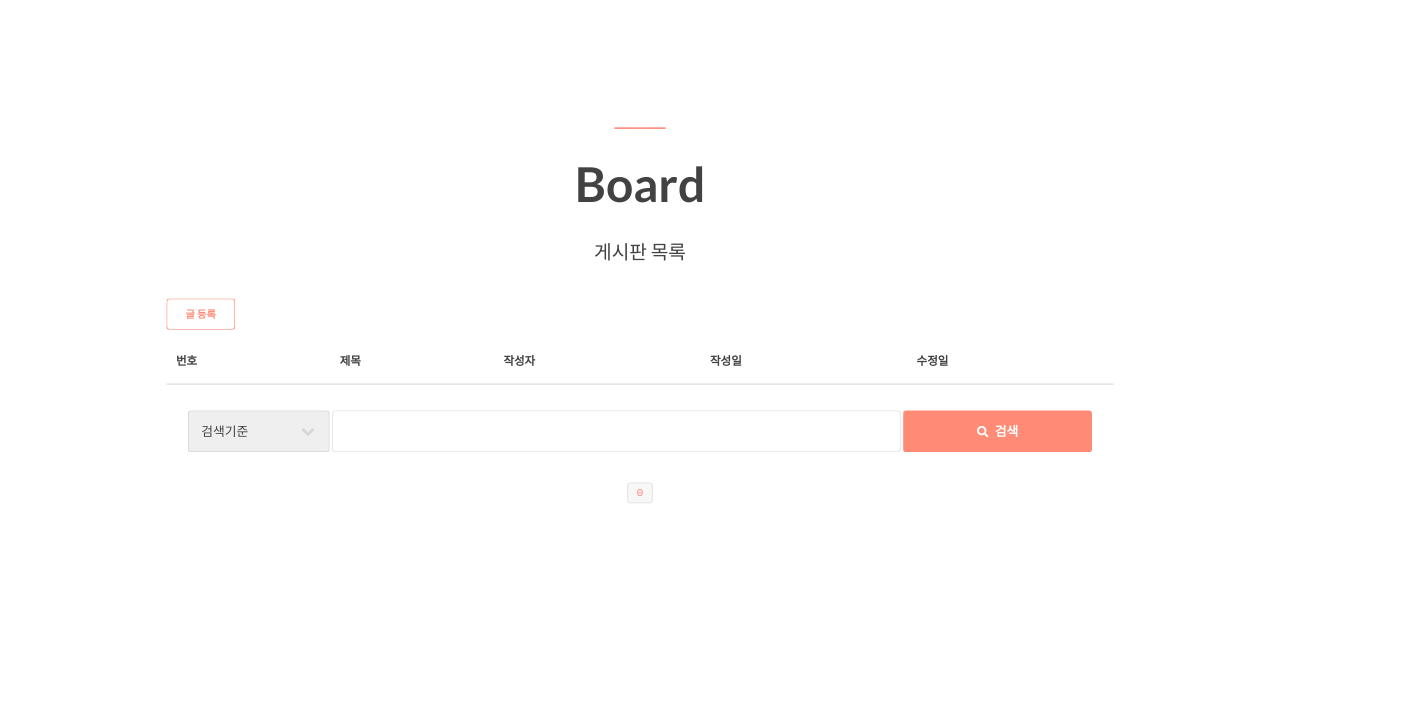
Repository: dlfud/SpringFramework
Page: http://localhost/board/WEB-INF/views/board/list.jsp
These files come from the project's save history. The page is drawn as it stood at one moment and after the next save; the edit follows.
The browser window is 1280 px wide. The page is 1408 px wide, so the pictures cover 1408 px, including what lies to the right of the window. The pictures show the whole page.
The page is served by Tomcat 9. Nobody is signed in. Other server files are loaded and not shown. The template is opened directly, without the code that normally fills it, so the values that code supplies are empty.

Above is the page before, as saved 2022-08-26 11:46:58.

### board/src/main/webapp/WEB-INF/views/board/list.jsp
<%@ page language="java" contentType="text/html; charset=UTF-8"
    pageEncoding="UTF-8"%>
<%@ taglib uri="http://java.sun.com/jsp/jstl/core" prefix="c" %>
<!DOCTYPE html>
<html>
	<head>
		<title>Board</title>
		<meta charset="utf-8" />
		<meta name="viewport" content="width=device-width, initial-scale=1, user-scalable=no" />
		<link rel="stylesheet" href="/resources/assets/css/main.css" />
		<style>
			body {transform: scale(0.8);}

			.small-width{display: none;}
			.big-width{display:block;}
			.table-wrapper {overflow-x: hidden;}
			select{
				width:15%;
				display:inline;
			}

			input[name='keyword']{
				display:inline;
				width:60%;
			}

			.search{
				width:20%;
			}

			@media(max-width: 918px){
				body {transform: scale(1); overflow-x: hidden;}
				.writer {display: none;}
				.regDate {display: none;}
				.updateDate {display: none;}
				.big-width{display:none;}
				.small-width{display:block;}
			}
		</style>
	</head>
	<body class="is-preload">
		<!-- Main -->
		<div id="main">
			<div class="wrapper">
				<div class="inner">

					<!-- Elements -->
					<header class="major">
						<h1>Board</h1>
						<p>게시판 목록</p>
					</header>
					<!-- Table -->
					<h3><a href="/board/register" class="button small">글 등록</a></h3>
					<div class="table-wrapper">
						<table>
							<thead>
								<tr class="tHead">
									<th class="bno">번호</th>
									<th class="title">제목</th>
									<th class="writer">작성자</th>
									<th class="regDate">작성일</th>
									<th class="updateDate">수정일</th>
								</tr>
							</thead>
							<tbody>
								<c:forEach var="board" items="${boardList}">
									<tr class="tbody">
										<td class="bno">${board.bno}</td>
										<!-- get방식 쿼리 스트링으로 써줌 -->
										<td class="title"><a href="/board/read${pageDTO.criteria.params}&bno=${board.bno}">${board.title}</a></td>
										<td class="writer">${board.writer}</td>
										<td class="regDate">${board.regDate}</td>
										<td class="updateDate">${board.updateDate}</td>
									</tr>
								</c:forEach>
							</tbody>
						</table>

						<form action="/board/list" name="searchForm">
							<div class="fields">
								<div class="field" style="text-align: center;">
									<select name="type">
										<option value="">검색기준</option>
										<option value="TCW">전체</option>
										<option value="T">제목</option>
										<option value="C">내용</option>
										<option value="W">작성자</option>
										<option value="TW">제목 또는 작성자</option>
										<option value="TC">제목 또는 내용</option>
									</select>
									<input type="text" name="keyword">
									<input type="hidden" name="pageNum" value="${pageDTO.criteria.pageNum}">
									<a href="javascript:send()" class="search button primary icon solid fa-search">검색</a>
								</div>
							</div>
						</form>

						<div style="text-align:center;" class="big-width">
							<c:if test="${pageDTO.prev}">
								<a class="changePage" href="${pageDTO.startPage - 1}"><code>&lt;</code></a>
							</c:if>
							<c:forEach var="num" begin="${pageDTO.startPage}" end="${pageDTO.endPage}">
								<c:choose>
									<c:when test="${pageDTO.criteria.pageNum == num}">
										<code><c:out value="${num}"/></code>
									</c:when>
									<c:otherwise>
										<a class="changePage" href="${num}"><code><c:out value="${num}"/></code></a>
									</c:otherwise>
								</c:choose>
							</c:forEach>
							<c:if test="${pageDTO.next}">
								<a class="changePage" href="${pageDTO.endPage + 1}"><code>&gt;</code></a>
							</c:if>
						</div>
						<div style="text-align:center;" class="small-width">
							<c:if test="${pageDTO.criteria.pageNum > 1}">
								<a class="changePage" href="${pageDTO.criteria.pageNum - 1}"><code>&lt;</code></a>
							</c:if>
							<code><c:out value="${pageDTO.criteria.pageNum}"/></code>
							<c:if test="${pageDTO.realEnd > pageDTO.criteria.pageNum}">
								<a class="changePage" href="${pageDTO.criteria.pageNum + 1}"><code>&gt;</code></a>
							</c:if>
						</div>
						<form name="pageForm" action="/board/list">
							 <input type="hidden" name="pageNum" value="${pageDTO.criteria.pageNum}">
						</form>
					</div>
				</div>
			</div>
		</div>
	</body>
	<!-- Scripts -->
	<script src="/resources/assets/js/jquery.min.js"></script>
	<script src="/resources/assets/js/jquery.dropotron.min.js"></script>
	<script src="/resources/assets/js/browser.min.js"></script>
	<script src="/resources/assets/js/breakpoints.min.js"></script>
	<script src="/resources/assets/js/util.js"></script>
	<script src="/resources/assets/js/main.js"></script>

	<script>
	//페이지 이동을 하기 위해 a태그를 클릭하면 이벤트 실행
		$("a.changePage").on("click", function(e){
			e.preventDefault();
			//form태그 가져오기
			let $form = $(document.pageForm);
			//form태그 자식 요소 중 pageNum이 이름인 input태그 가져오기
			//기존의 value값을 사용자가 이동하고자 하는 페이지 번호로 변경하기
			$form.find("input[name='pageNum']").val($(this).attr("href"));
			$form.submit();
		});
	</script>
</html>

Loaded but not shown: board/src/main/webapp/resources/assets/js/jquery.min.js (library); board/src/main/webapp/resources/assets/js/jquery.dropotron.min.js (library); board/src/main/webapp/resources/assets/js/browser.min.js (common file); board/src/main/webapp/resources/assets/js/breakpoints.min.js (common file); board/src/main/webapp/resources/assets/css/fontawesome-all.min.css (library); board/src/main/webapp/resources/assets/js/util.js (587 lines, source omitted); board/src/main/webapp/resources/assets/js/main.js (62 lines, source omitted); board/src/main/webapp/resources/assets/css/main.css (4494 lines, source omitted)

After the next save:
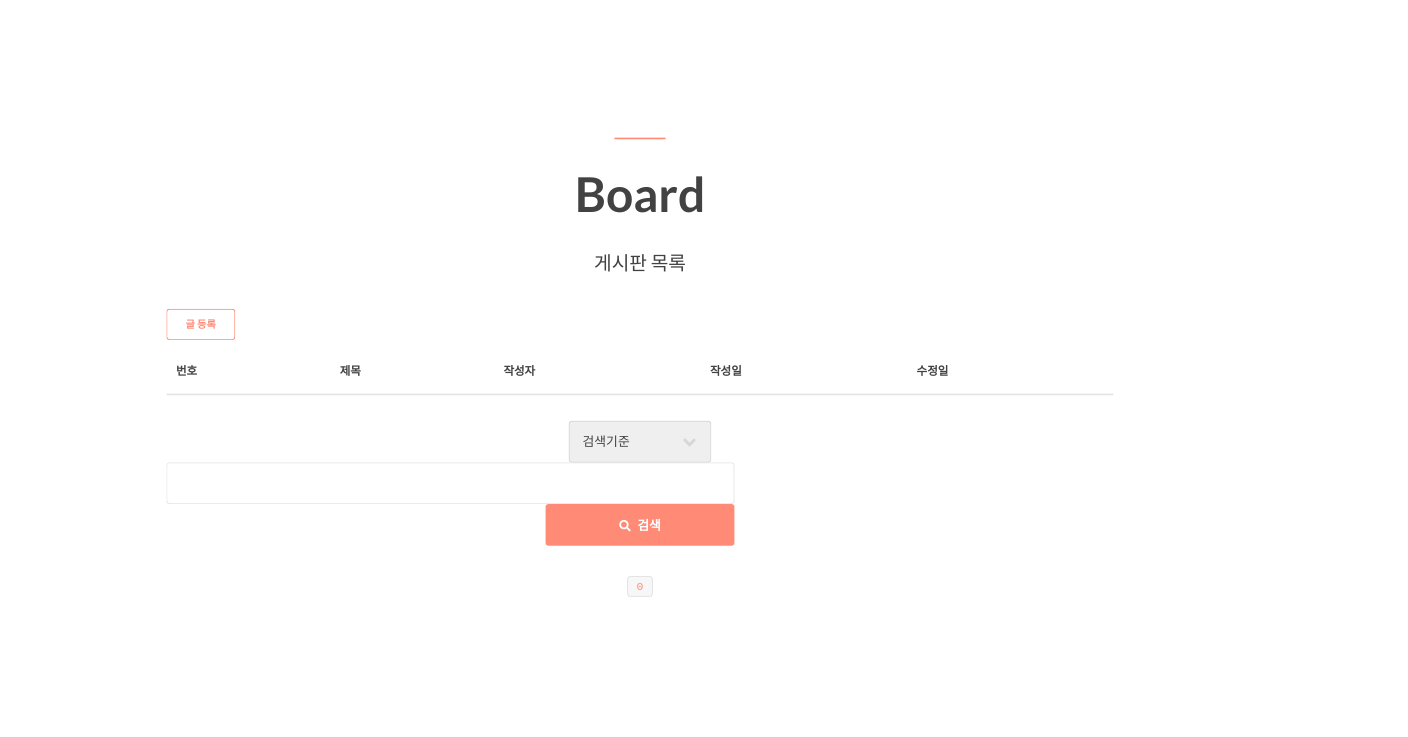
Saved 2 min 14 s later.
--- a/board/src/main/webapp/WEB-INF/views/board/list.jsp
+++ b/board/src/main/webapp/WEB-INF/views/board/list.jsp
@@ -19,7 +19,7 @@
 				display:inline;
 			}
 
-			input[name='keyword']{
+			input[name='keyword']{S
 				display:inline;
 				width:60%;
 			}

After the save that followed:
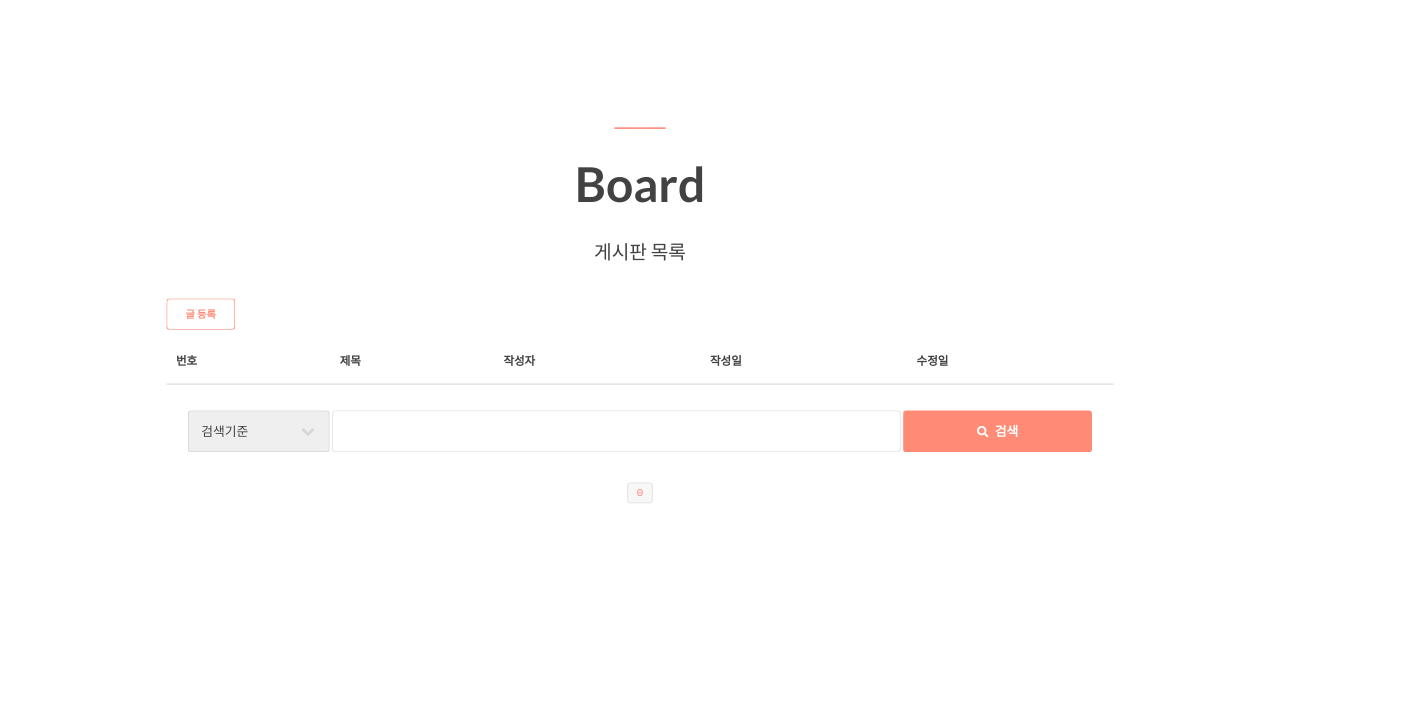
Saved 4 s later.
--- a/board/src/main/webapp/WEB-INF/views/board/list.jsp
+++ b/board/src/main/webapp/WEB-INF/views/board/list.jsp
@@ -19,7 +19,7 @@
 				display:inline;
 			}
 
-			input[name='keyword']{S
+			input[name='keyword']{
 				display:inline;
 				width:60%;
 			}
